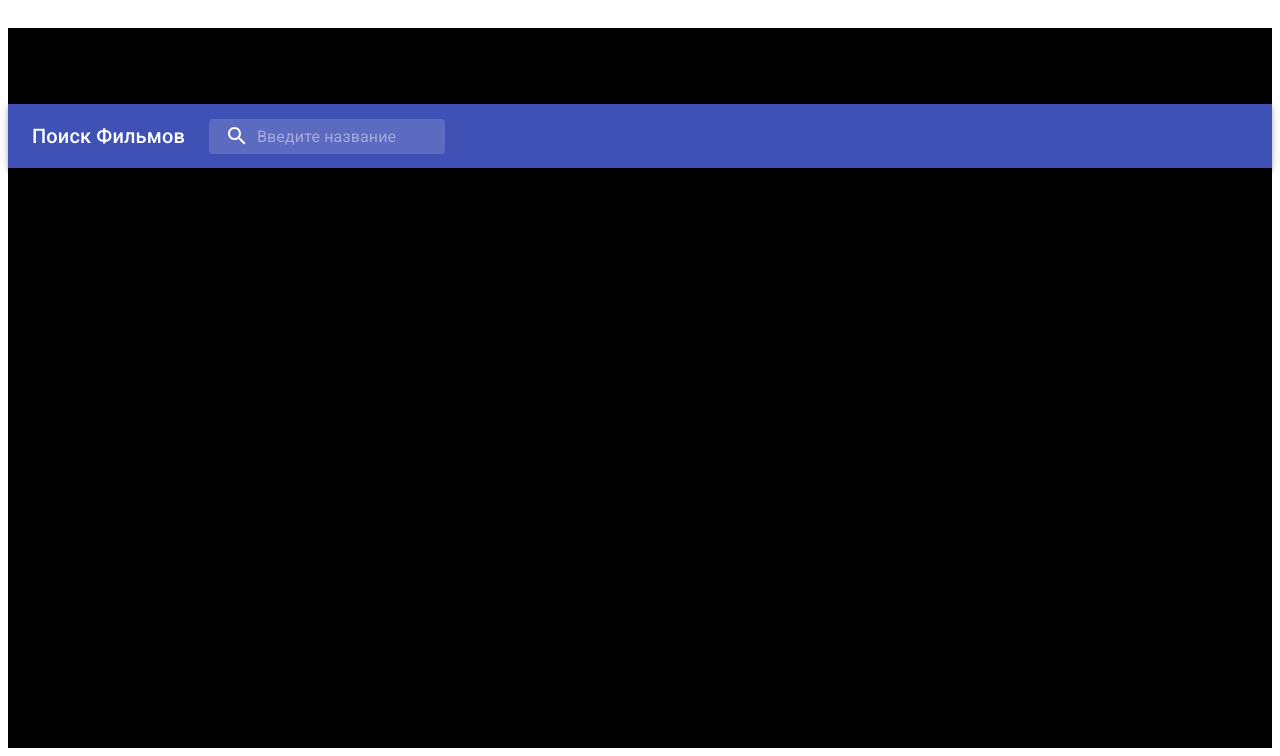
Repository: Hansol46/Films-archive
Page: /
The author's editor kept a copy of each file at every save. The page is drawn from the files as they stood at one save, then again after the next save.
The browser window is 1280 px wide. The pictures show the whole page.
The page's requests for data from a server got no answer. The project was rebuilt for these pictures with package versions that can differ from the ones it lists, and the page was loaded fresh each time. No one was signed in, and anything a server would have sent is missing. Also part of the build but not shown: webpack.config.js.

Above is the page before, as saved 2020-09-25 01:27:01.

### src/index.html
<!DOCTYPE html>
<html lang="en">
<head>
    <meta charset="UTF-8">
    <meta name="viewport" content="width=device-width, initial-scale=1.0">
    <title>Search Films</title>
    <link rel="stylesheet" href="https://fonts.googleapis.com/css?family=Roboto:300,400,500,700&display=swap" />
    <link rel="stylesheet" href="https://fonts.googleapis.com/icon?family=Material+Icons" />
</head>
<body>
    <div id='root'>

    </div>
</body>
</html>

### src/index.js
import React from 'react'
import ReactDOM from 'react-dom'
import App from './components/App'


ReactDOM.render(<App />, document.getElementById('root'))

### src/components/App.js
import React from 'react'
import '../styles/App.css'
import PrimarySearchAppBar from './material/nav'
import Search from './Search'


function App () {
    return (
        <div className={'main'}>
            <h1> its my project</h1>
            <PrimarySearchAppBar />
            <Search />
        </div>
    )
}

export default App

### src/styles/App.css
h1 {
    color: black;
    text-align: center;
    font-size: 42px;
}
.main {
    background-color: black;
    height: 100vh;
    padding-top: 0px;
    margin-top: 0px;
    color: white;
}

### src/components/material/nav.js
import React from 'react';
import { fade, makeStyles } from '@material-ui/core/styles';
import AppBar from '@material-ui/core/AppBar';
import Toolbar from '@material-ui/core/Toolbar';
import IconButton from '@material-ui/core/IconButton';
import Typography from '@material-ui/core/Typography';
import InputBase from '@material-ui/core/InputBase';
import Badge from '@material-ui/core/Badge';
import MenuItem from '@material-ui/core/MenuItem';
import Menu from '@material-ui/core/Menu';
import MenuIcon from '@material-ui/icons/Menu';
import SearchIcon from '@material-ui/icons/Search';
import AccountCircle from '@material-ui/icons/AccountCircle';
import MailIcon from '@material-ui/icons/Mail';
import NotificationsIcon from '@material-ui/icons/Notifications';
import MoreIcon from '@material-ui/icons/MoreVert';

const useStyles = makeStyles((theme) => ({
  grow: {
    flexGrow: 1,
  },
  menuButton: {
    marginRight: theme.spacing(2),
  },
  title: {
    display: 'none',
    [theme.breakpoints.up('sm')]: {
      display: 'block',
    },
  },
  search: {
    position: 'relative',
    borderRadius: theme.shape.borderRadius,
    backgroundColor: fade(theme.palette.common.white, 0.15),
    '&:hover': {
      backgroundColor: fade(theme.palette.common.white, 0.25),
    },
    marginRight: theme.spacing(2),
    marginLeft: 0,
    width: '100%',
    [theme.breakpoints.up('sm')]: {
      marginLeft: theme.spacing(3),
      width: 'auto',
    },
  },
  searchIcon: {
    padding: theme.spacing(0, 2),
    height: '100%',
    position: 'absolute',
    pointerEvents: 'none',
    display: 'flex',
    alignItems: 'center',
    justifyContent: 'center',
  },
  inputRoot: {
    color: 'inherit',
  },
  inputInput: {
    padding: theme.spacing(1, 1, 1, 0),
    // vertical padding + font size from searchIcon
    paddingLeft: `calc(1em + ${theme.spacing(4)}px)`,
    transition: theme.transitions.create('width'),
    width: '100%',
    [theme.breakpoints.up('md')]: {
      width: '20ch',
    },
  },
  sectionDesktop: {
    display: 'none',
    [theme.breakpoints.up('md')]: {
      display: 'flex',
    },
  },
  sectionMobile: {
    display: 'flex',
    [theme.breakpoints.up('md')]: {
      display: 'none',
    },
  },
}));

export default function PrimarySearchAppBar() {
  const classes = useStyles();
  const [anchorEl, setAnchorEl] = React.useState(null);
  const [mobileMoreAnchorEl, setMobileMoreAnchorEl] = React.useState(null);

  const isMenuOpen = Boolean(anchorEl);
  const isMobileMenuOpen = Boolean(mobileMoreAnchorEl);

  const handleProfileMenuOpen = (event) => {
    setAnchorEl(event.currentTarget);
  };

  const handleMobileMenuClose = () => {
    setMobileMoreAnchorEl(null);
  };

  const handleMenuClose = () => {
    setAnchorEl(null);
    handleMobileMenuClose();
  };

  const handleMobileMenuOpen = (event) => {
    setMobileMoreAnchorEl(event.currentTarget);
  };

  const menuId = 'primary-search-account-menu';
  const renderMenu = (
    <Menu
      anchorEl={anchorEl}
      anchorOrigin={{ vertical: 'top', horizontal: 'right' }}
      id={menuId}
      keepMounted
      transformOrigin={{ vertical: 'top', horizontal: 'right' }}
      open={isMenuOpen}
      onClose={handleMenuClose}
    >
      <MenuItem onClick={handleMenuClose}>Profile</MenuItem>
      <MenuItem onClick={handleMenuClose}>My account</MenuItem>
    </Menu>
  );

  const mobileMenuId = 'primary-search-account-menu-mobile';
  const renderMobileMenu = (
    <Menu
      anchorEl={mobileMoreAnchorEl}
      anchorOrigin={{ vertical: 'top', horizontal: 'right' }}
      id={mobileMenuId}
      keepMounted
      transformOrigin={{ vertical: 'top', horizontal: 'right' }}
      open={isMobileMenuOpen}
      onClose={handleMobileMenuClose}
    >
      <MenuItem>
        <IconButton aria-label="show 4 new mails" color="inherit">
          <Badge badgeContent={4} color="secondary">
            <MailIcon />
          </Badge>
        </IconButton>
        <p>Messages</p>
      </MenuItem>
      <MenuItem>
        <IconButton aria-label="show 11 new notifications" color="inherit">
          <Badge badgeContent={11} color="secondary">
            <NotificationsIcon />
          </Badge>
        </IconButton>
        <p>Notifications</p>
      </MenuItem>
      <MenuItem onClick={handleProfileMenuOpen}>
        <IconButton
          aria-label="account of current user"
          aria-controls="primary-search-account-menu"
          aria-haspopup="true"
          color="inherit"
        >
          <AccountCircle />
        </IconButton>
        <p>Profile</p>
      </MenuItem>
    </Menu>
  );

  return (
    <div className={classes.grow}>
      <AppBar position="static">
        <Toolbar>
          {/* <IconButton
            edge="start"
            className={classes.menuButton}
            color="inherit"
            aria-label="open drawer"
          >
            <MenuIcon />
          </IconButton> */}
          <Typography className={classes.title} variant="h6" noWrap>
            Поиск Фильмов
          </Typography>
          <div className={classes.search}>
            <div className={classes.searchIcon}>
              <SearchIcon />
            </div>
            <InputBase
              placeholder="Введите название"
              classes={{
                root: classes.inputRoot,
                input: classes.inputInput,
              }}
              inputProps={{ 'aria-label': 'search' }}
            />
          </div>
          <div className={classes.grow} />
          <div className={classes.sectionDesktop}>
            {/* <IconButton aria-label="show 4 new mails" color="inherit">
              <Badge badgeContent={4} color="secondary">
                <MailIcon />
              </Badge>
            </IconButton>
            <IconButton aria-label="show 17 new notifications" color="inherit">
              <Badge badgeContent={17} color="secondary">
                <NotificationsIcon />
              </Badge>
            </IconButton>
            <IconButton
              edge="end"
              aria-label="account of current user"
              aria-controls={menuId}
              aria-haspopup="true"
              onClick={handleProfileMenuOpen}
              color="inherit"
            >
              <AccountCircle />
            </IconButton>
          </div>
          <div className={classes.sectionMobile}>
            <IconButton
              aria-label="show more"
              aria-controls={mobileMenuId}
              aria-haspopup="true"
              onClick={handleMobileMenuOpen}
              color="inherit"
            >
              <MoreIcon />
            </IconButton> */}
          </div>
        </Toolbar>
      </AppBar>
      {renderMobileMenu}
      {renderMenu}
    </div>
  );
}

### src/components/Search.js
import React, { useEffect, useState } from 'react'

function Search() {

    const [state, setState] = useState([]);

    useEffect(() => {
        const APIurl = 'http://www.omdbapi.com/?i=tt3896198&apikey=480344f1'
        fetch(APIurl)
            .then(response => response.json())
            .then(json => setState(json))
    }, [])

    // http://www.omdbapi.com/?t=inception&y=&plot=short&r=json

    return(
        <div>
            {state.Title}
            <br></br>
            {state.Year}
            <br></br>
            <img src={state.Poster}/>
        </div>

    )


}
export default Search

After the next save:
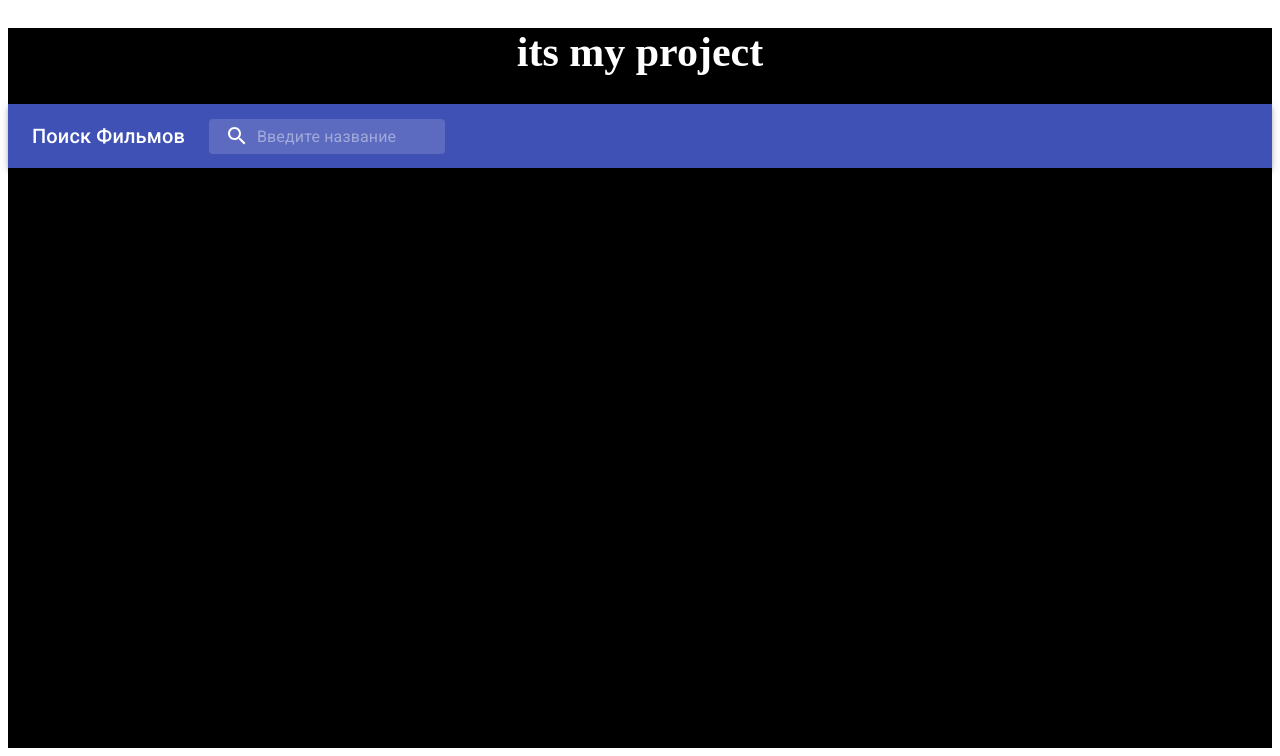
Saved 12 s later.
--- a/src/styles/App.css
+++ b/src/styles/App.css
@@ -1,5 +1,4 @@
 h1 {
-    color: black;
     text-align: center;
     font-size: 42px;
 }
